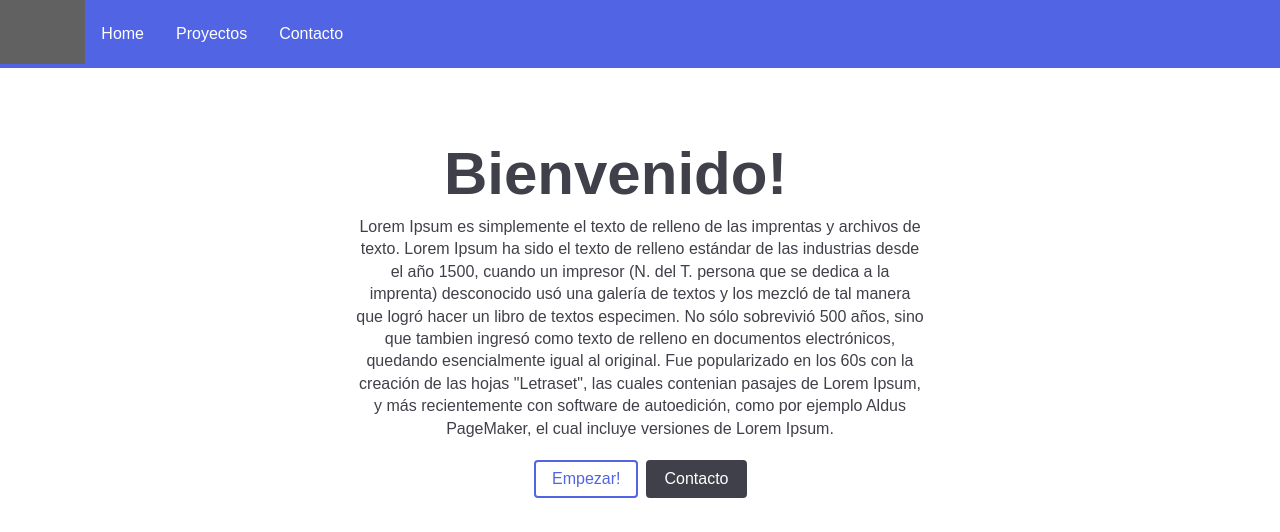
Repository: robsonmarkes/accesibilidad
Page: index.html
The author's editor kept a copy of each file at every save. The page is drawn from the files as they stood at one save, then again after the next save.
The browser window is 1280 px wide. The pictures show the part of the page from y = 0 to 532 px (the page is 2760 px tall before and 2798 px after).
Pictures or frames that could not be fetched are drawn as grey boxes. A picture or video elsewhere on the page could not be fetched, so the positions and the page height are approximate.

Above is the page before, as saved 2022-10-13 10:28:54.

After the next save:
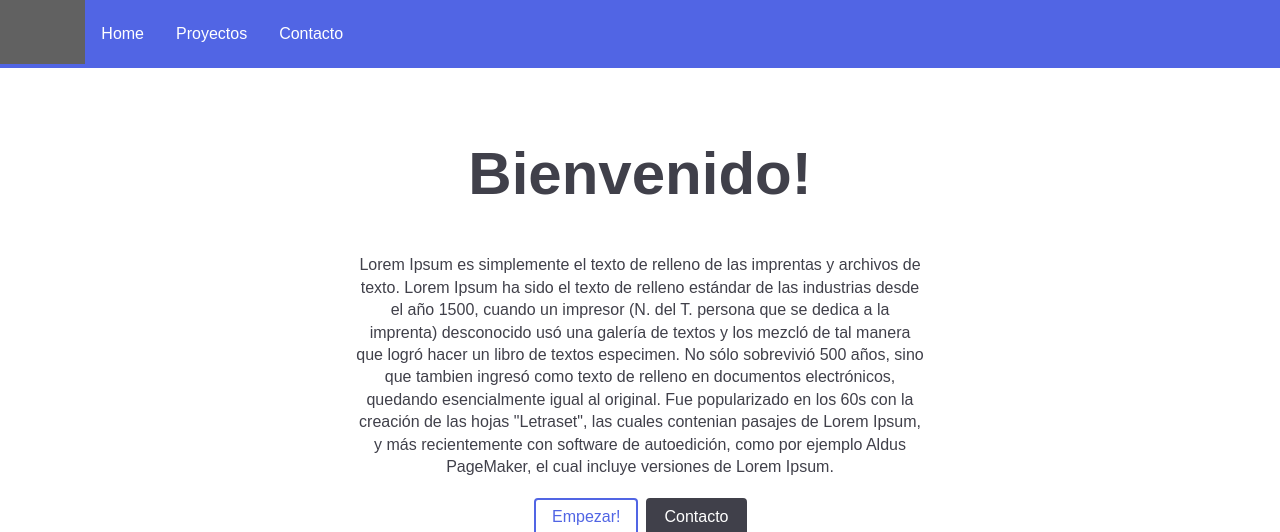
Saved 57 s later.
--- a/index.html
+++ b/index.html
@@ -29,7 +29,8 @@
         </div>
         <div class="content">
             <div class="article">
-                <h1>Bienvenido!  <img src="assets/world.png" width="16px" /></h1>
+                <h1>Bienvenido!</h1>
+                <img src="assets/world.png" width="16px" />
                 <p>
                     Lorem Ipsum es simplemente el texto de relleno de las imprentas y archivos de texto. Lorem Ipsum ha sido el texto de relleno estándar de las industrias desde el año 1500, cuando un impresor (N. del T. persona que se dedica a la imprenta) desconocido usó una galería de textos y los mezcló de tal manera que logró hacer un libro de textos especimen. No sólo sobrevivió 500 años, sino que tambien ingresó como texto de relleno en documentos electrónicos, quedando esencialmente igual al original. Fue popularizado en los 60s con la creación de las hojas "Letraset", las cuales contenian pasajes de Lorem Ipsum, y más recientemente con software de autoedición, como por ejemplo Aldus PageMaker, el cual incluye versiones de Lorem Ipsum.
                 </p>
